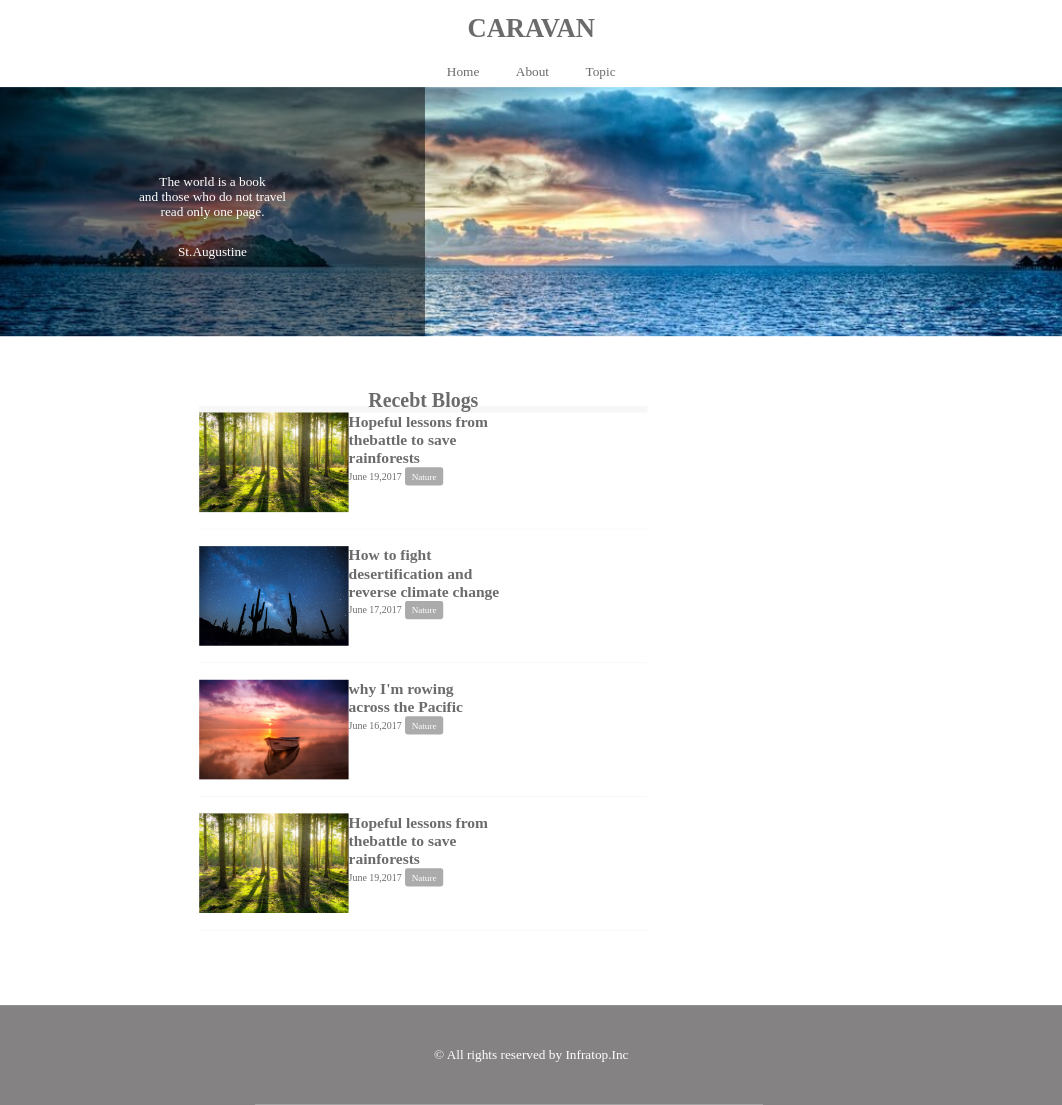
Repository: ego-boosting/html-practice1
Page: caravan/index.html
The author's editor kept a record of every edit. The page is drawn from the files as they stood at one moment, then again after the next edit.
The browser window is 1280 px wide. The pictures show the whole page, at 83% of full size.

Above is the page before.

After the next edit:
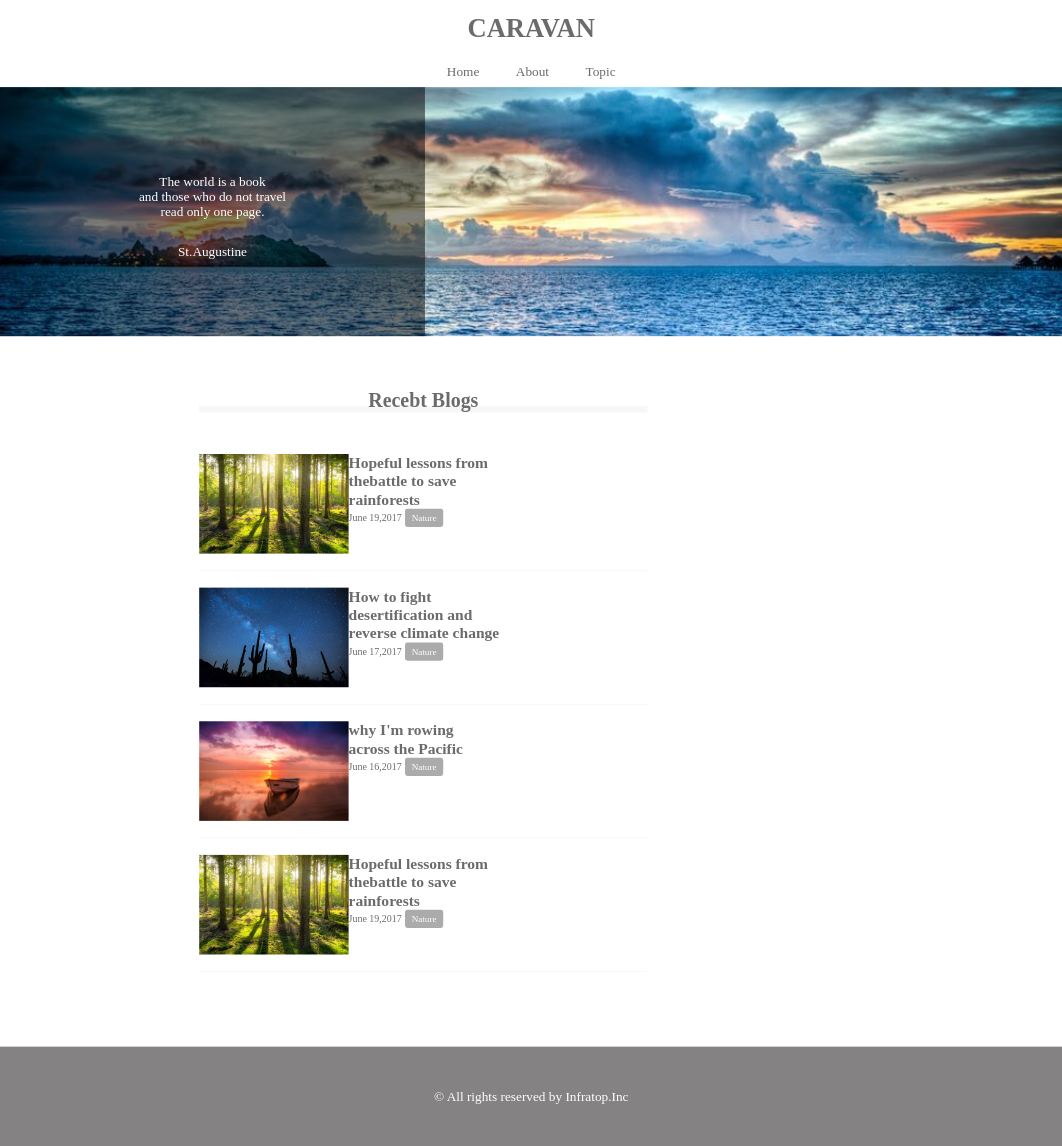
The edit:
--- a/caravan/style.css
+++ b/caravan/style.css
@@ -84,6 +84,10 @@
   justify-content:flex-start;
 }
 
+.blog-box{
+  padding-top:50px;
+}
+
 .blog-image{
   width:180px;
 }
